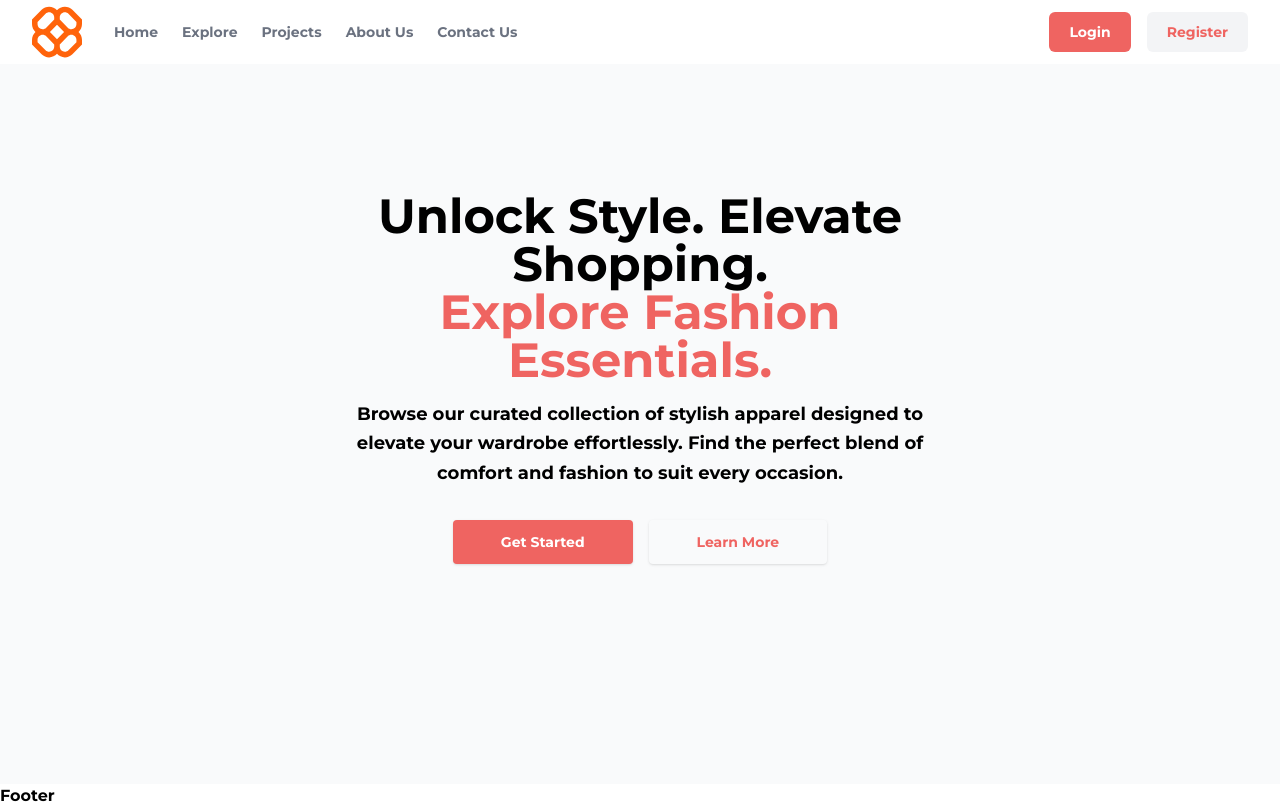
Repository: YahiaSala7/E-commerce-Project
Page: / (app in ecommerce/)
These files come from the project's save history. The page is drawn as it stood at one moment and after the next save; the edit follows.
The browser window is 1280 px wide. The pictures show the whole page.
The project was rebuilt for these pictures with package versions that can differ from the ones it lists, and the page was loaded fresh each time. The framework's server and built-in components were replaced by stand-ins that run in the browser. Also part of the build but not shown: ecommerce/next.config.mjs.

Above is the page before, as saved 2024-07-25 01:26:28.

### ecommerce/app/layout.js
import { Montserrat } from "next/font/google";
import "./globals.css";
import Header from "./_Components/Header";
import Footer from "./_Components/Footer";

const inter = Montserrat({ subsets: ["latin"], weight: "700" });

export const metadata = {
  title: "Create Next App",
  description: "Generated by create next app",
};

export default function RootLayout({ children }) {
  return (
    <html lang="en">
      <body className={inter.className}>
        <Header />
        {children}
        <Footer />
      </body>
    </html>
  );
}

### ecommerce/app/page.js
import Image from "next/image";
import Hero from "./_Components/Hero";

export default function Home() {
  return (
    <div className="home">
      <Hero />
    </div>
  );
}

### ecommerce/app/globals.css
@tailwind base;
@tailwind components;
@tailwind utilities;

:root {
  /* --foreground-rgb: 0, 0, 0; */
  /* --background-start-rgb: 214, 219, 220;
  --background-end-rgb: 255, 255, 255; */
}

@media (prefers-color-scheme: dark) {
  :root {
    /* --foreground-rgb: 0, 0, 0; */
    /* --background-start-rgb: 0, 0, 0;
    --background-end-rgb: 0, 0, 0; */
  }
}

body {
  color: rgb(var(--foreground-rgb));
  background: linear-gradient(
      to bottom,
      transparent,
      rgb(var(--background-end-rgb))
    )
    rgb(var(--background-start-rgb));
}

@layer utilities {
  .text-balance {
    text-wrap: balance;
  }
}

### ecommerce/app/_Components/Header.jsx
import React from "react";

function Header() {
  return (
    <header className="bg-white shadow-md">
      <div className="mx-auto flex h-16 max-w-screen-xl items-center gap-8 px-4 sm:px-6 lg:px-8 ">
        <img src="/logo.svg" width={"50px"} height={"50px"} />

        <div className="flex flex-1 items-center justify-end md:justify-between">
          <nav aria-label="Global" className="hidden md:block">
            <ul className="flex items-center gap-6 text-sm">
              <li>
                <a
                  className="text-gray-500 transition hover:text-gray-500/75"
                  href="#">
                  {" "}
                  Home{" "}
                </a>
              </li>

              <li>
                <a
                  className="text-gray-500 transition hover:text-gray-500/75"
                  href="#">
                  {" "}
                  Explore{" "}
                </a>
              </li>

              <li>
                <a
                  className="text-gray-500 transition hover:text-gray-500/75"
                  href="#">
                  {" "}
                  Projects{" "}
                </a>
              </li>

              <li>
                <a
                  className="text-gray-500 transition hover:text-gray-500/75"
                  href="#">
                  {" "}
                  About Us{" "}
                </a>
              </li>

              <li>
                <a
                  className="text-gray-500 transition hover:text-gray-500/75"
                  href="#">
                  {" "}
                  Contact Us{" "}
                </a>
              </li>
            </ul>
          </nav>

          <div className="flex items-center gap-4">
            <div className="sm:flex sm:gap-4">
              <a
                className="block rounded-md bg-primary px-5 py-2.5 text-sm font-medium text-white transition hover:bg-secondary "
                href="#">
                Login
              </a>

              <a
                className="hidden rounded-md bg-gray-100 px-5 py-2.5 text-sm font-medium text-primary transition hover:text-secondary sm:block"
                href="#">
                Register
              </a>
            </div>

            <button className="block rounded bg-gray-100 p-2.5 text-gray-600 transition hover:text-gray-600/75 md:hidden">
              <span className="sr-only">Toggle menu</span>
              <svg
                xmlns="http://www.w3.org/2000/svg"
                className="h-5 w-5"
                fill="none"
                viewBox="0 0 24 24"
                stroke="currentColor"
                strokeWidth="2">
                <path
                  strokeLinecap="round"
                  strokeLinejoin="round"
                  d="M4 6h16M4 12h16M4 18h16"
                />
              </svg>
            </button>
          </div>
        </div>
      </div>
    </header>
  );
}

export default Header;

### ecommerce/app/_Components/Hero.jsx
import React from "react";

function Hero() {
  return (
    <section className="bg-gray-50">
      <div className="mx-auto max-w-screen-xl px-4 py-32 lg:flex lg:h-screen">
        <div className="mx-auto max-w-xl text-center">
          <h1 className="text-3xl font-extrabold sm:text-5xl ">
            Unlock Style. Elevate Shopping.
            <strong className="font-extrabold text-primary sm:block">
              {" "}
              Explore Fashion Essentials.{" "}
            </strong>
          </h1>

          <p className="mt-4 sm:text-[18px]/relaxed">
            Browse our curated collection of stylish apparel designed to elevate
            your wardrobe effortlessly. Find the perfect blend of comfort and
            fashion to suit every occasion.
          </p>

          <div className="mt-8 flex flex-wrap justify-center gap-4">
            <a
              className="block w-full rounded bg-primary px-12 py-3 text-sm font-medium text-white shadow hover:bg-secondary focus:outline-none focus:ring active:bg-red-500 sm:w-auto"
              href="#">
              Get Started
            </a>

            <a
              className="block w-full rounded px-12 py-3 text-sm font-medium text-primary shadow hover:text-secondary focus:outline-none focus:ring active:text-red-500 sm:w-auto"
              href="#">
              Learn More
            </a>
          </div>
        </div>
      </div>
    </section>
  );
}

export default Hero;

### ecommerce/tailwind.config.js
/** @type {import('tailwindcss').Config} */
module.exports = {
  content: [
    "./pages/**/*.{js,ts,jsx,tsx,mdx}",
    "./components/**/*.{js,ts,jsx,tsx,mdx}",
    "./app/**/*.{js,ts,jsx,tsx,mdx}",
  ],
  theme: {
    extend: {
      backgroundImage: {
        "gradient-radial": "radial-gradient(var(--tw-gradient-stops))",
        "gradient-conic":
          "conic-gradient(from 180deg at 50% 50%, var(--tw-gradient-stops))",
      },
      colors: {
        primary: "#EF6461",
        secondary: " #B83D3A",
      },
    },
  },
  plugins: [],
};

Loaded but not shown: ecommerce/app/_Components/Footer.jsx (common file)

After the next save:
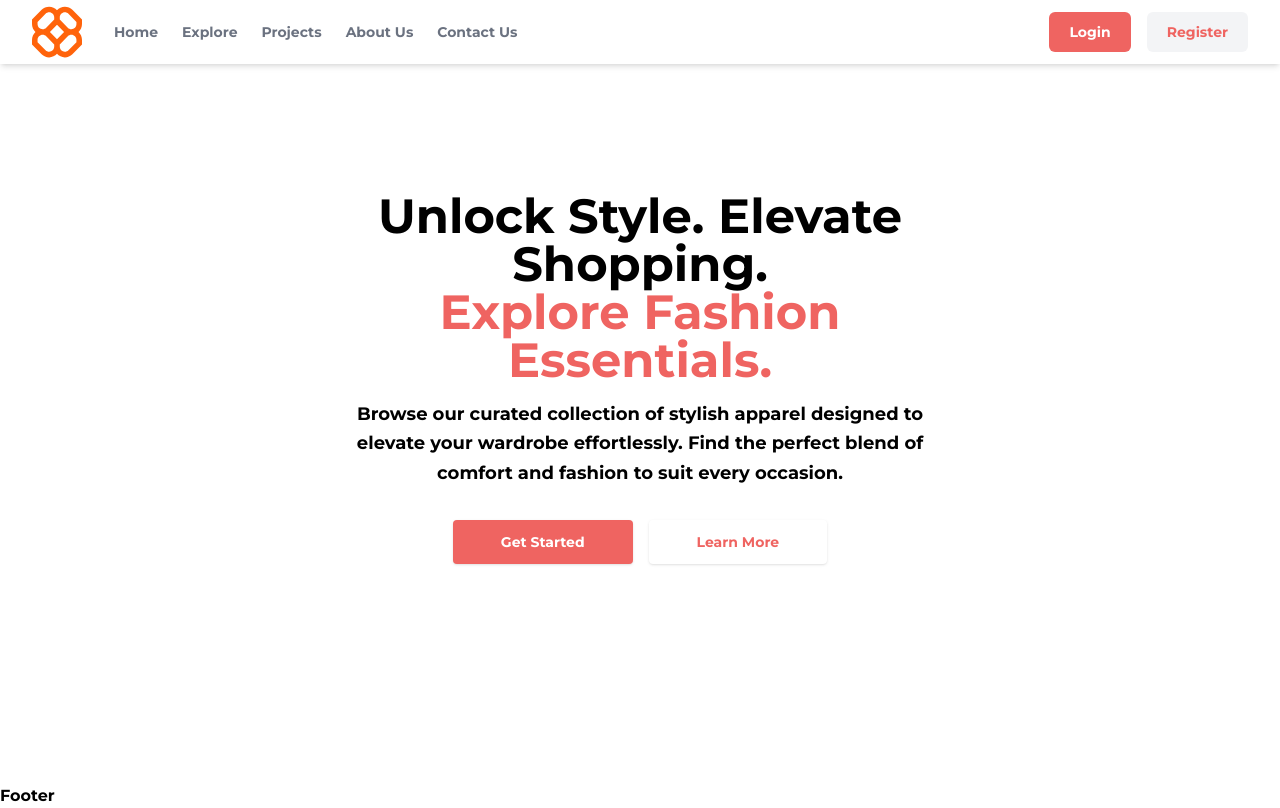
Saved 19 s later.
--- a/ecommerce/app/_Components/Hero.jsx
+++ b/ecommerce/app/_Components/Hero.jsx
@@ -2,7 +2,7 @@ import React from "react";
 
 function Hero() {
   return (
-    <section className="bg-gray-50">
+    <section className="">
       <div className="mx-auto max-w-screen-xl px-4 py-32 lg:flex lg:h-screen">
         <div className="mx-auto max-w-xl text-center">
           <h1 className="text-3xl font-extrabold sm:text-5xl ">
